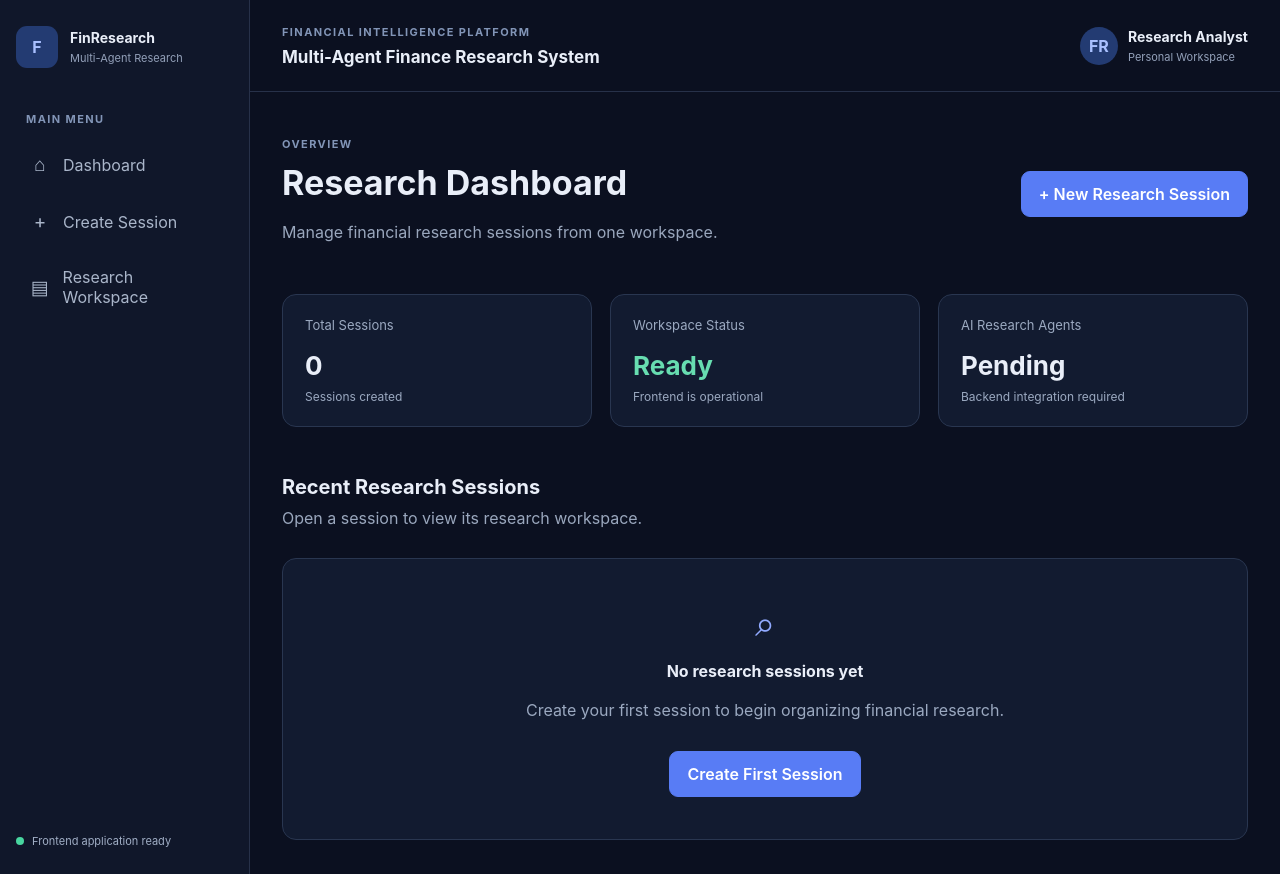
Repository: Divija538/multi-agent-financial-research-system
Page: /
These files come from the project's save history. The page is drawn as it stood at one moment and after the next save; the edit follows.
The browser window is 1280 px wide. The pictures show the whole page.
The project was rebuilt for these pictures with package versions that can differ from the ones it lists, and the page was loaded fresh each time. Also part of the build but not shown: src/components/SessionCard.jsx, src/pages/CreateSession.jsx, src/pages/ResearchWorkspace.jsx.

Above is the page before, as saved 2026-10-15 16:27:58.

After the next save:
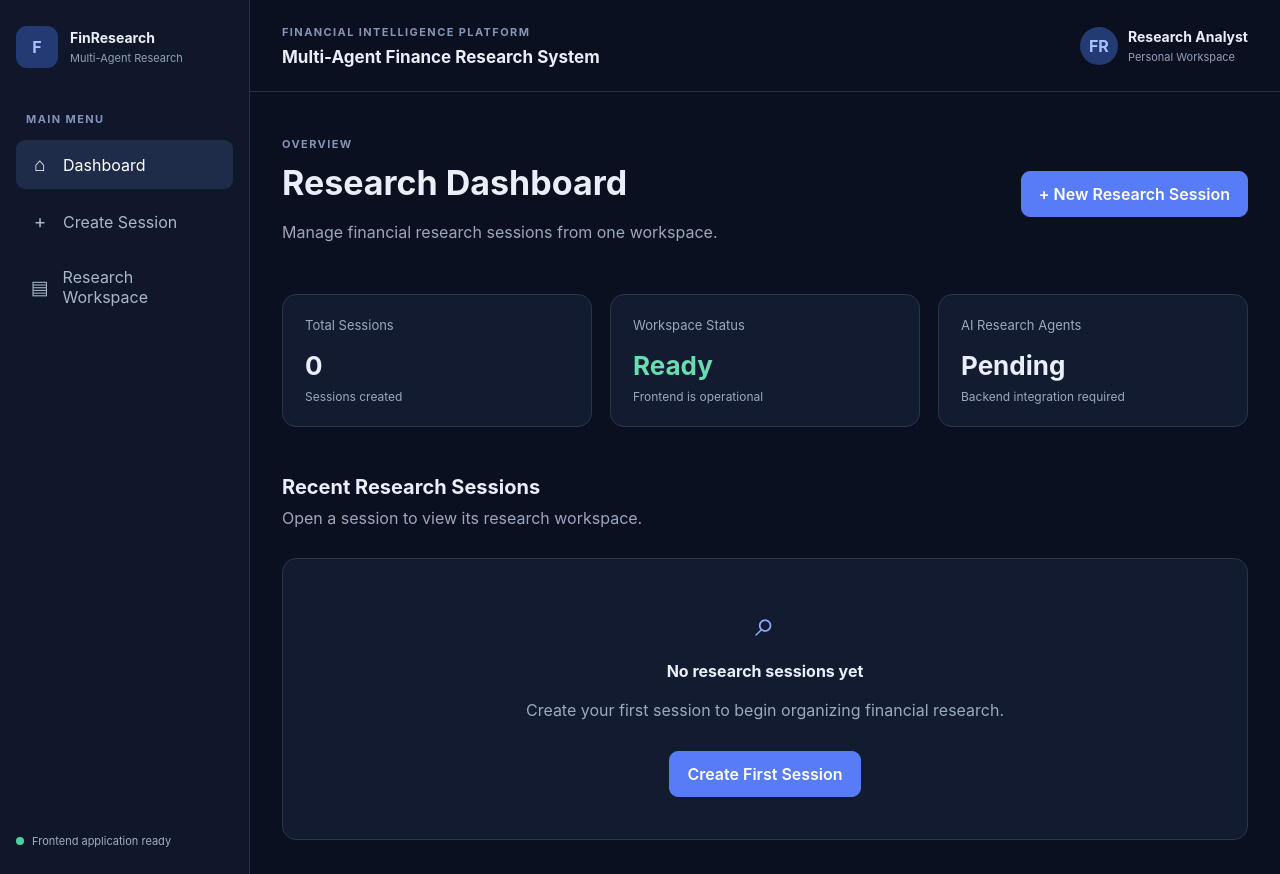
Saved 28 s later.
--- a/src/App.jsx
+++ b/src/App.jsx
@@ -6,42 +6,45 @@ import CreateSession from "./pages/CreateSession.jsx";
 import ResearchWorkspace from "./pages/ResearchWorkspace.jsx";
 
 export default function App() {
-  const [page, setPage] = useState("Dashboard");
+  const [activePage, setActivePage] = useState("Dashboard");
   const [sessions, setSessions] = useState([]);
   const [activeSession, setActiveSession] = useState(null);
 
-  function handleCreateSession(sessionData) {
+  function createSession(data) {
     const session = {
-      ...sessionData,
-      id: crypto.randomUUID(),
-      createdAt: new Date().toLocaleString()
+      ...data,
+      id: Date.now(),
+      createdAt: new Date().toLocaleDateString()
     };
 
     setSessions((previous) => [session, ...previous]);
     setActiveSession(session);
-    setPage("Research Workspace");
+    setActivePage("Research Workspace");
   }
 
   return (
     <div className="app-layout">
-      <Sidebar page={page} setPage={setPage} />
+      <Sidebar
+        activePage={activePage}
+        setPage={setActivePage}
+      />
 
       <main className="main-content">
         <Header />
 
-        {page === "Dashboard" && (
+        {activePage === "Dashboard" && (
           <Dashboard
             sessions={sessions}
-            setPage={setPage}
+            setPage={setActivePage}
             setActiveSession={setActiveSession}
           />
         )}
 
-        {page === "Create Session" && (
-          <CreateSession onCreate={handleCreateSession} />
+        {activePage === "Create Session" && (
+          <CreateSession onCreate={createSession} />
         )}
 
-        {page === "Research Workspace" && (
+        {activePage === "Research Workspace" && (
           <ResearchWorkspace session={activeSession} />
         )}
       </main>
